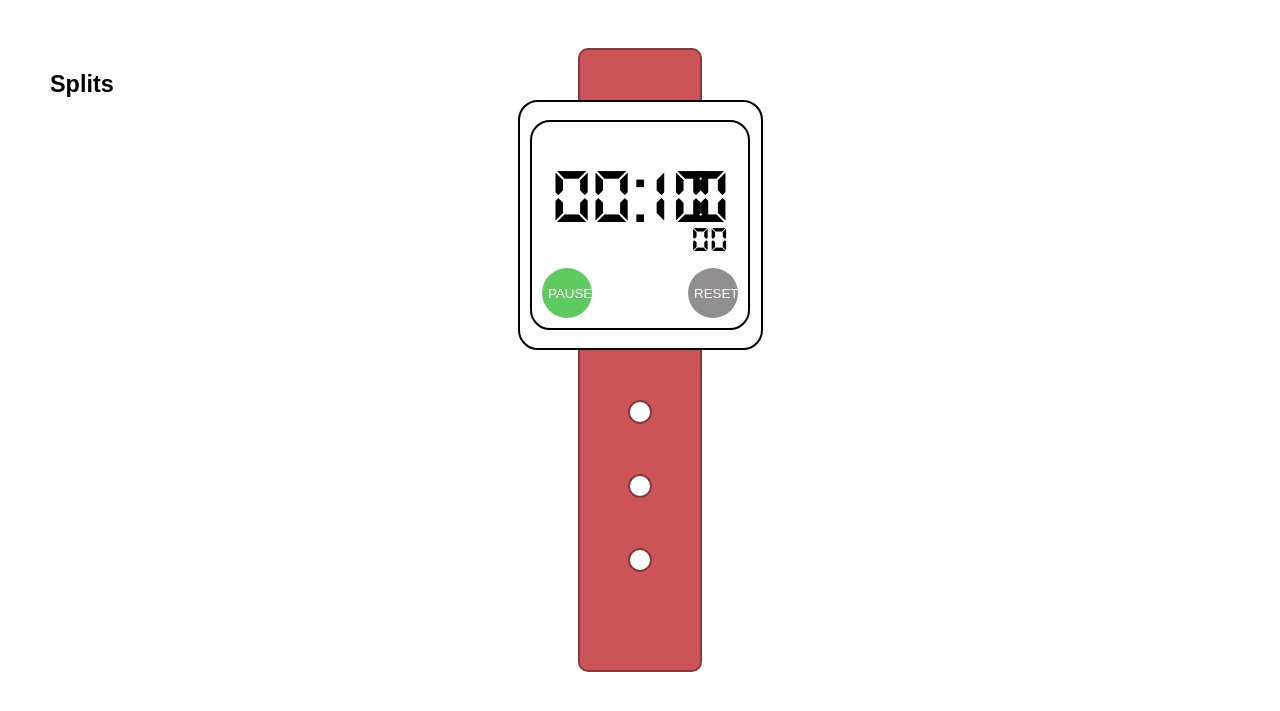
Repository: konstantin0s/lab-chronometer
Page: index.html
An editor plug-in stored every save of this project. The page is shown before and after the next save, followed by the edit.
The browser window is 1280 px wide. The pictures show the whole page.
After loading, the first visible `#btnLeft` was clicked once.

Above is the page before, as saved 2019-02-04 21:26:35.

### index.html
<!DOCTYPE html>
<html lang="en">
<head>
  <meta charset="UTF-8">
  <meta name="viewport" content="width=device-width, initial-scale=1.0">
  <meta http-equiv="X-UA-Compatible" content="ie=edge">
  <title>Chronometer</title>
  <link rel="stylesheet" href="stylesheets/styles.css">
</head>
<body>

  <section id="splits-container">
    <h3>Splits</h3>
    <ol id="splits">
    </ol>
  </section>

  <div class="leash leash-top"></div>

  <section id="clock">
    <div id="sphere">
      <span id="minDec" class="number">0</span><span id="minUni" class="number">0</span><span>:</span><span id="secDec" class="number">0</span><span id="secUni" class="number">0</span>

      <div id="milliseconds">
        <span id="milDec">0</span><span id="milUni">0</span>
      </div>

      <button id="btnLeft" class="btn start">START</button> <button id="btnRight" class="btn reset">RESET</button>
    </div>
  </section>

  <div class="leash leash-bottom">
    <div class="hole"></div>
    <div class="hole"></div>
    <div class="hole"></div>
  </div>


  <!-- <script src="javascripts/utils.js"></script>
  <script src="javascripts/chronometer.js"></script>
  <script src="javascripts/main.js"></script> -->
  <script src="javascript/chronometer.js"></script>
  <script src="javascript/main.js"></script>
</body>
</html>

### stylesheets/styles.css
@font-face {
  font-family: "Digi";
  src: url("fonts/ds-digib.ttf");
}

body {
  font-family: Arial;
  font-size: 80px;
  font-weight: bold;
  padding: 40px 0;
}

#clock {
  border: 2px solid #000;
  border-radius: 20px;
  box-sizing: border-box;
  height: 250px;
  margin: 0 auto;
  padding: 18px 0;
  width: 245px;
}

#sphere {
  border: 2px solid #000;
  border-radius: 20px;
  box-sizing: border-box;
  font-family: "Digi";
  font-size: 80px;
  height: 210px;
  margin: 0 auto;
  padding: 35px 0;
  position: relative;
  text-align: center;
  width: 220px;
}

#splits-container {
  font-size: 20px;
  font-weight: 100;
  position: absolute;
  left: 50px;
}

#splits-container li {
  padding-bottom: 5px;
  text-align: right;
}

#milliseconds {
  font-size: 36px;
  margin-top: -15px;
  position: absolute;
  right: 20px;
}

.leash {
  background: rgb(204, 84, 87);
  border: 2px solid rgb(134, 59, 61);
  height: 50px;
  margin: 0 auto;
  width: 120px;
}

.leash-top {
  border-bottom: 0;
  border-top-left-radius: 10px;
  border-top-right-radius: 10px;
}

.leash-bottom {
  border-bottom-left-radius: 10px;
  border-bottom-right-radius: 10px;
  border-top: 0;
  height: 270px;
  padding-top: 50px;
}

.hole {
  background: #fff;
  border: 2px solid rgb(134, 59, 61);
  border-radius: 100%;
  height: 20px;
  margin: 0 auto 50px;
  width: 20px;
}

.number {
  display: inline-block;
  width: 40px;
}

.btn {
  border: 0;
  border-radius: 100%;
  bottom: 10px;
  color: #fff;
  cursor: pointer;
  height: 50px;
  outline: 0;
  position: absolute;
  width: 50px;
}

.btn.start,
.btn.stop {
  left: 10px;
}

.btn.reset,
.btn.split {
  right: 10px;
}

.btn.start { background: #5fca5f; }
.btn.stop  { background: #f14949; }
.btn.reset { background: #908e8e; }
.btn.split { background: #0851ab; }

### javascript/chronometer.js

// var time = 0;
// var running = 0;

// function startPause() {
//   if (running == 0) {
//     running = 1;
//     increment();
//     document.getElementById("startPause").innerHTML = "Pause";
//   } else {
//     running = 0;
//     document.getElementById("startPause").innerHTML = "Resume";
//   }
// }

// function reset() {
//   running = 0;
//   time = 0;
//   document.getElementById("startPause").innerHTML = "Start";
// }

// function increment() {
//   if (running == 1) {
//    setTimeout(function() {
//     time++;
//     var seconds = Math.floor(time/10/60);
//     var minutes = Math.floor(time/10/60);
//      var tenth = time % 10;
//      if (minutes < 10); {
//        minutes = "0" + minutes;
//      }  if (seconds < 10);
//     seconds = "0" + seconds;
//     increment();
//   document.getElementById("output").innerHTML = minutes + ":" + seconds + ":" + "0" + tenth;

//    }, 100);
//   }
//   }

// function startPause() {
//   if (running == 0) {
//     running = 1;
//     increment();
//     document.getElementById("startPause").innerHTML = "Pause";
//   } else {
//     running = 0;
//     document.getElementById("startPause").innerHTML = "Resume";
//   }
// }


// function timer() {
//   currentTime = setTimeout(start, 1000);
// }
// timer();

// function start() {
//   seconds++;
//   if (seconds >= 60) {
//     seconds = 0;
//     minutes++;
//     if (minutes >= 20) {
//         minutes = 0;
//     }
//   }
// }


// // Constructor
// function Chronometer() {

// this.currentTime = 0;
// this.intervalId = currentTime;

// }

// // The setInterval will be assigned to our intervalId property,
// //  this way we will be able to clear it later on.

// Chronometer.prototype.startClick = function () {
//     // this.startClick = function() {
//     // var seconds = 0;
//     currentTime = setInterval(function(){
//     currentTime++; }, 1000);

//     //  }

//     // console.log(seconds);
// };

// Chronometer.prototype.setMinutes = function () {

// };

// Chronometer.prototype.setSeconds = function () {

// };

// Chronometer.prototype.twoDigitsNumber = function () {

// };

// Chronometer.prototype.setTime = function () {

// };

// Chronometer.prototype.setMilliseconds = function () {

// };

// Chronometer.prototype.stopClick = function () {

// };

// Chronometer.prototype.resetClick = function () {

// };

// Chronometer.prototype.splitClick = function () {

// };

### javascript/main.js
// // var chronometer = new Chronometer();
var btnLeft     = document.getElementById('btnLeft');
var btnRight    = document.getElementById('btnRight');
// var minDec      = document.getElementById('minDec');
// var minUni      = document.getElementById('minUni');
var secDec      = document.getElementById('secDec');
// var secUni      = document.getElementById('secUni');
// var milDec      = document.getElementById('milDec');
// var milUni      = document.getElementById('milUni');

var currentTime = 0;
var intervalId = 0;
var minutes = Math.floor((minutes % (1000 * 60 * 60)) / (1000 * 60));
var seconds = Math.floor((seconds % (1000 * 60)) / 1000);


// function startPause() {
//   if (running == 0) {
//     running = 1;
//     increment();
//     document.getElementById("startPause").innerHTML = "Pause";
//   } else {
//     running = 0;
//     document.getElementById("startPause").innerHTML = "Resume";
//   }
// }



 btnLeft.addEventListener("click", function(event) {
  if (intervalId == 0) { //start if pause
    intervalId = setInterval(function() {
      currentTime++;
      secDec.innerHTML = currentTime + "0";
      if (currentTime >= 100) {}
      console.log(currentTime);
      btnLeft.innerHTML = "PAUSE";
    }, 1000);
  } else { //pause if started
      clearInterval(intervalId);
      intervalId = 0;
      btnLeft.innerHTML = "START";
  }

});

function reset() {

  // currentTime = 0;
  // secDec.innerHTML = currentTime;
  clearInterval(intervalId);
  intervalId = 0;
  console.log(currentTime);
  btnLeft.innerHTML = "START";

}

btnRight.addEventListener("click", function() {
  // clearInterval(intervalId); // resets
   reset();
})



// function printTime() {

// }

// function printMinutes() {

// }

// function printSeconds() {

// }

// function printMilliseconds() {

// }

// function printSplit() {

// }

// function clearSplits() {

// }

// function setStopBtn() {

// }

// function setSplitBtn() {

// }

// function setStartBtn() {

// }

// function setResetBtn() {

// }

// // Start/Stop Button
// btnLeft.addEventListener('click', function () {

// });

// // Reset/Split Button
// btnRight.addEventListener('click', function () {

// });

After the next save:
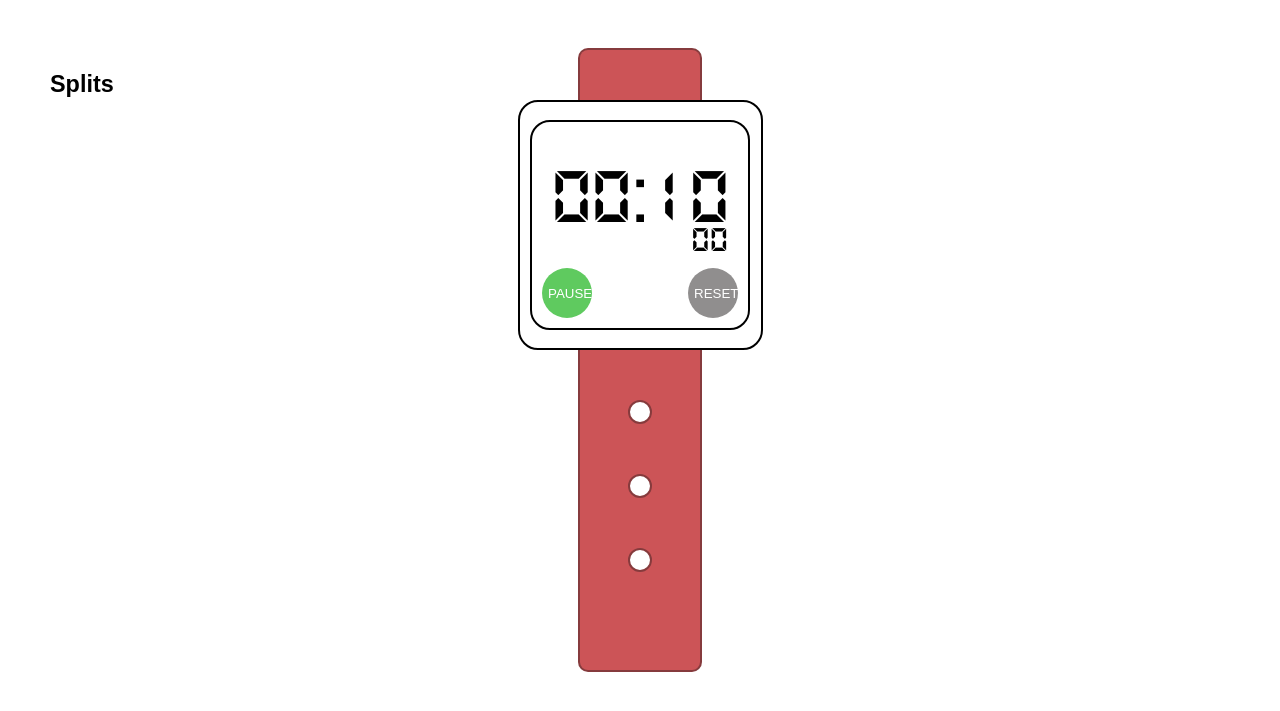
Saved 20 s later.
--- a/javascript/main.js
+++ b/javascript/main.js
@@ -31,7 +31,7 @@ var seconds = Math.floor((seconds % (1000 * 60)) / 1000);
   if (intervalId == 0) { //start if pause
     intervalId = setInterval(function() {
       currentTime++;
-      secDec.innerHTML = currentTime + "0";
+      secDec.innerHTML = currentTime;
       if (currentTime >= 100) {}
       console.log(currentTime);
       btnLeft.innerHTML = "PAUSE";
